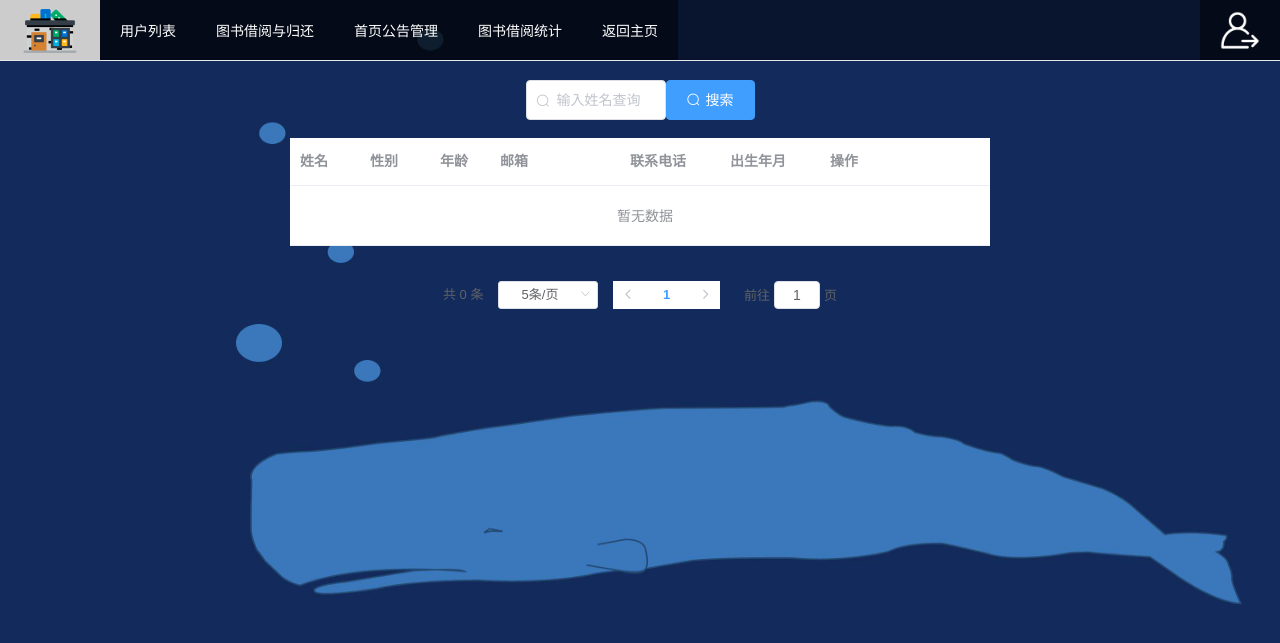
Repository: Akron-xz/helloVue
Page: /#/newissue (app in vue-library/)
These files come from the project's save history. The page is drawn as it stood at one moment and after the next save; the edit follows.
The browser window is 1280 px wide. The pictures show the whole page.
The page's requests for data from a server got no answer. The project was rebuilt for these pictures with package versions that can differ from the ones it lists, and the page was loaded fresh each time. No one was signed in, and anything a server would have sent is missing. Also part of the build but not shown: vue-library/src/components/homeNav.vue, vue-library/src/views/Home.vue.

Above is the page before, as saved 2020-11-25 15:41:00.

### vue-library/src/main.js
import Vue from 'vue'
import App from './App.vue'
import ElementUI from 'element-ui';
import 'element-ui/lib/theme-chalk/index.css';
import axios from "axios"
import router from './router'
import Router from 'vue-router'

const routerPush = Router.prototype.push
Router.prototype.push = function push(location) {
    return routerPush.call(this, location).catch(error => error)
}

Vue.config.productionTip = false
Vue.use(ElementUI);
Vue.prototype.$axios = axios;


new Vue({
    router,
    render: h => h(App)
}).$mount('#app')

### vue-library/src/router/index.js
import Vue from 'vue'
import VueRouter from 'vue-router'
import Home from '../views/Home.vue'


Vue.use(VueRouter)

const routes = [{
        path: '/',
        name: 'Home',
        component: Home
    },
    {
        path: '/about',
        name: 'About',
        // route level code-splitting
        // this generates a separate chunk (about.[hash].js) for this route
        // which is lazy-loaded when the route is visited.
        component: () =>
            import ( /* webpackChunkName: "about" */ '../views/About.vue')
    },
    {
        path: '/admin',
        name: 'Admin',
        // route level code-splitting
        // this generates a separate chunk (about.[hash].js) for this route
        // which is lazy-loaded when the route is visited.
        component: () =>
            import ( /* webpackChunkName: "about" */ '../views/Administrator.vue')
    },
    {
        path: "/userLogin",
        name: "UserLogin",
        component: () =>
            import ('../views/UserLogin.vue')
    },
    {
        path: "/user",
        name: "User",
        component: () =>
            import ( /* webpackChunkName: "about" */ '../views/User.vue')
    },
    {
        path: "/signup",
        name: "SignUp",
        component: () =>
            import ('../views/SignUp.vue')
    },
    {
        path: "/adminmain",
        name: "AdminMain",
        component: () =>
            import ('../views/AdminMain.vue')
    },
    {

        path: "/MyInformation",
        name: "MyInformation",
        component: () =>
            import ('../views/MyInformation.vue')
    },
    {
        path: "/library",
        name: "Library",
        component: () =>
            import ( /* webpackChunkName: "about" */ '../views/Library.vue')

    },
    {
        path: "/modifymsg",
        name: "ModifyMsg",
        component: () =>
            import ('../views/ModifyMsg.vue')
    },
    {
        path: "/borrowhistory",
        name: "BorrowHistory",
        component: () =>
            import ('../views/BorrowHistory.vue')
    },
    {
        path: "/newissue",
        name: "NewIssue",
        component: () =>
            import ('../views/NewIssue.vue')
    },
    {
        path: "/booksearch",
        name: "BookSearch",
        component: () =>
            import ('../views/BookSearch.vue')
    },
    {
        path: "/MyBookshelves",
        name: "MyBookshelves",
        component: () =>
            import ('../views/MyBookshelves.vue')
    },
    {
        path: "/modifyAnnounce",
        name: "ModifyAnnounce",
        component: () =>
            import ('../views/ModifyAnnounce.vue')
    },
    {
        path: "/statistics",
        name: "Statistics",
        component: () =>
            import ('../views/Statistics.vue')
    },


]

const router = new VueRouter({
    routes
})

export default router

### vue-library/src/views/NewIssue.vue
<template>
  <div class="new-issue-container">
    <!-- 导航栏 -->
    <div>
      <navigation></navigation>
    </div>
    <br />
    <!-- 展示简略表格 -->
    <!-- <div class="table-div" v-show="!dispalyInfo"> -->
    <div class="table-div">
      <el-input
        placeholder="输入姓名查询"
        prefix-icon="el-icon-search"
        v-model="searchContent"
        @keyup.enter.native="search"
        style="width: 20%"
      >
      </el-input>
      <el-button
        type="primary"
        icon="el-icon-search"
        @click="search"
        >搜索</el-button
      >
      <br />
      <br />
      <el-table
        :data="
          lists.slice(
            (page.currentPage - 1) * page.pageSize,
            page.currentPage * page.pageSize
          )
        "
        max-height="315"

      >
        <el-table-column prop="name" label="姓名" width="70">
        </el-table-column>
        <el-table-column prop="sexStr" label="性别" width="70">
        </el-table-column>
        <el-table-column prop="age" label="年龄" width="60"> </el-table-column>
        <el-table-column prop="email" label="邮箱" width="130">
        </el-table-column>
         <!-- <el-table-column prop="password" label="密码" width="300">
        </el-table-column> -->
        <el-table-column prop="phone" label="联系电话" width="100">
        </el-table-column>
        <el-table-column prop="birthdayStr" label="出生年月" width="100">
        </el-table-column>
        <el-table-column label="操作" width="180">
          <template slot-scope="scope">
            <el-button type="primary" size="mini" @click="retrieve(scope.row)"
              >查看</el-button
            >
            <el-button type="primary" size="mini" @click="deleteById(scope.row)"
              >注销</el-button
            >
          </template>
        </el-table-column>
      </el-table>
      <br />
      <!-- 分页器 -->
      <div class="block" style="margin-top: 15px">
        <el-pagination
          align="center"
          @size-change="handleSizeChange"
          @current-change="handleCurrentChange"
          :current-page="page.currentPage"
          :page-sizes="[1, 5, 10, 20]"
          :page-size="page.pageSize"
          layout="total, sizes, prev, pager, next, jumper"
          :total="lists.length"
           style="cursor:pointer;"
            title="回车确认"
        >
        </el-pagination>
      </div>
    </div>
    <!-- 个人完整信息（第1种）v-show -->
    <div v-show="false">
      <br />
      <el-button type="primary" icon="el-icon-back" @click="goBack"
        >返回</el-button
      >
      <br />
      <br />
      <el-table :data="userData">
        <el-table-column prop="name" label="姓名" width="80"> </el-table-column>
        <el-table-column prop="sex" label="性别" width="60"> </el-table-column>
        <el-table-column prop="age" label="年龄" width="60"> </el-table-column>
        <el-table-column prop="email" label="邮箱" width="140">
        </el-table-column>
        <el-table-column prop="password" label="密码" width="140">
        </el-table-column>
        <el-table-column prop="birthday" label="出生年月" width="200">
        </el-table-column>
        <el-table-column prop="phone" label="联系电话" width="140">
        </el-table-column>
        <el-table-column prop="address" label="居住地址" width="140">
        </el-table-column>
        <el-table-column prop="introduction" label="个人描述" width="100">
        </el-table-column>
        <el-table-column prop="identity" label="身份" width="100">
        </el-table-column>
      </el-table>
    </div>

    <!-- 个人完整信息（第2种）对话框 -->
    <div>
      <el-dialog title="借阅历史"
        :visible.sync="dispalyInfo"
        :append-to-body="true"
        :modal-append-to-body="false"
        :center="true">
        <el-table :data="borrowHistory">

        <el-table-column prop="book.bookName" label="书名" width="80"> </el-table-column>
        <el-table-column prop="borrowTimeStr" label="借阅时间" width="160"> </el-table-column>
        <el-table-column prop="deadlineStr" label="截止日期" width="160"> </el-table-column>
        <el-table-column prop="validTime" label="有效期" width="80"> </el-table-column>
        <el-table-column prop="returnTimeStr" label="归还时间" width="160"> </el-table-column>
        <el-table-column prop="borrowStatesStr" label="状态" width="80"> </el-table-column>

      </el-table>
      </el-dialog>
    </div>
  </div>
</template>

<script>
import Navigation from "@/components/Nav.vue";

import axios from "axios";

export default {
  name: "newIssue",

  components: {
    Navigation,
  },

  data() {
    return {
      dispalyInfo: false,
      searchContent: "",
      userData: [],
      borrowHistory:[],
      pageSize: 5,
      total: 10,
      tableData: [
        { userId: 1, name: "test1", sex: "1", age: "1", email: "111@qq.com" },
        { userId: 2, name: "test2", sex: "2", age: "2", email: "222@qq.com" },
        { userId: 3, name: "test3", sex: "3", age: "3", email: "333@qq.com" },
      ],

      lists: [],

      page: {
        currentPage: 1, // 当前页码
        total: 20, // 总条数
        pageSize: 5, // 每页的数据条数
      },
    };
  },
  methods: {

    //输入姓名模糊搜索
    search() {
      if (this.searchContent=="") {
        this.$message({
          message: '请输入需要查询的信息。',
          type: 'error'
        });
        return 0;
      }
      let searchContent = this.searchContent;
      axios({
        method: "get",
        url:
          "http://localhost:8081/user/selectUserByVagueName/" + searchContent,
      })
        .then((res) => {
          // 接收数据
          this.lists = res.data;
          console.log(this.lists)

        })
        .catch(function (error) {
          //请求失败
          console.log("error...", error);
        });
    },
    //查看个人信息
    retrieve(row) {
      // console.log(row);
      this.dispalyInfo = !this.dispalyInfo;
      this.userData = [row];
      console.log(this.userData[0].userId);
      axios({
        method:"get",
        url:"http://localhost:8081/user/selectBorrowHistory",
        params:{
          userId:this.userData[0].userId
        }
      }).then(res=>{
          this.borrowHistory=res.data;
          console.log(this.borrowHistory);
      })
    },
    //删除某个用户
    deleteById(row) {
      console.log(row);
      const userId = parseInt(row.userId);
      // const id=row.i
      // axios()
      console.log(userId);
      axios({
        method: "post",
        url: "http://localhost:8081/user/deleteUser/" + userId,
        // data() {
        //   userId : userId
        // },
      }).then(res=>{this.$message({
        message: res.data,

      });})


      this.getLists();
    },
    //返回
    goBack() {
      this.dispalyInfo = !this.dispalyInfo;
    },
    handleSizeChange(val) {
      console.log(`每页 ${val} 条`);
      this.page.currentPage = 1;
      this.page.pageSize = val;
    },
    handleCurrentChange(val) {
      console.log(`当前页: ${val}`);
      this.page.currentPage = val;
    },
    //获取 lists json 数据
    getLists() {
      axios({
        //get方式获取数据
        method: "get",
        //接口地址
        url: "http://localhost:8081/user/selectAllUser",
      })
        .then((res) => {
          //请求数据 res 返回的数据
          console.log(res);

          let list = res.data;
          //列表数据
          this.lists = list;
          //检查数据是否能正常接受1
          // console.log("json", this.lists);
        })
        .catch(function (error) {
          //请求失败
          console.log("error...", error);
        });
    },
  },

  // created() {
  //   this.getLists();
  // },

  mounted() {
    //生命周期钩子函数  挂载完成
    this.getLists();
  },
};
</script>

<style scoped>
.new-issue-container {
  position: fixed;
  left: 0;
  top: 0;
  width: 100%;
  height: 100%;
  background-image: url(/img/divBg/bg34.jpg);
  background-size: 100% 100%;
}

a {
  font-size: 18px;
  text-decoration: none;
}

.table-div {
  width: 700px;
  margin: auto;
  position: absolute;
  top: 80px;
  left: 0;
  right: 0;
  bottom: 0;
}
</style>

### vue-library/src/components/Nav.vue
<template>

     <div class="navigation-bar">
      <el-menu
        class="el-menu-demo"
        mode="horizontal"
        @select="handleSelect"
        background-color="#00000080"
        text-color="#ffffff"
        text-font="15px">

        <el-menu-item @click="toMain">
                <img src="/img/libraryIcon.png" alt="" target="_self" class="libraryIcon">
            </el-menu-item>

        <el-menu-item index="1" @click="toSearchClient">
          <a  target="_self"  >用户列表</a></el-menu-item
        >
        <el-menu-item index="2" @click="toBooks">
          <a  target="_self">图书借阅与归还</a>
        </el-menu-item>

        <el-menu-item index="3" @click="toAnnounce">
          <a  target="_self">首页公告管理</a>
        </el-menu-item>
        <el-menu-item index="4" @click="toStatistics">
          <a  target="_self">图书借阅统计</a></el-menu-item
        >
        <el-menu-item index="5" @click="toHome">
          <a  target="_self">返回主页</a>
        </el-menu-item>

        <el-menu-item index="6" class="exitIcon">
                <img src="/img/logoutIconWhite.png" alt="" target="_self" class="logoutIcon">
        </el-menu-item>

      </el-menu>

    </div>
</template>

<script>
export default {
    name:"Nav",
    data() {
      return {
        activeIndex: '1'
      }
    },
    methods: {
    handleSelect(key, keyPath) {
      console.log(key, keyPath);
    },
    toMain(){
      this.$router.push({path:'/adminmain'});
    },

    toSearchClient(){
      this.$router.push({path:'/newissue'});
    },
    toSearchFile(){
      this.$router.push({path:'/signup'});
    },
    toAnnounce(){
      this.$router.push({path:'/modifyannounce'});
    },
    toBooks(){
      this.$router.push({path:'/booksearch'});
    },
    toStatistics(){
      this.$router.push({path:'/Statistics'});
    },
    toHome(){
      this.$router.push({path:'/'});
    },


  },

}
</script>>

<style scoped>
.libraryIcon{
  height: 60px;
  width: 60px;
}

.exitIcon{
  float: right;
}

.logoutIcon{
  height: 40px;
  width: 40px;
}
</style>>

Loaded but not shown: vue-library/public/index.html (common file); vue-library/src/App.vue (common file)

After the next save:
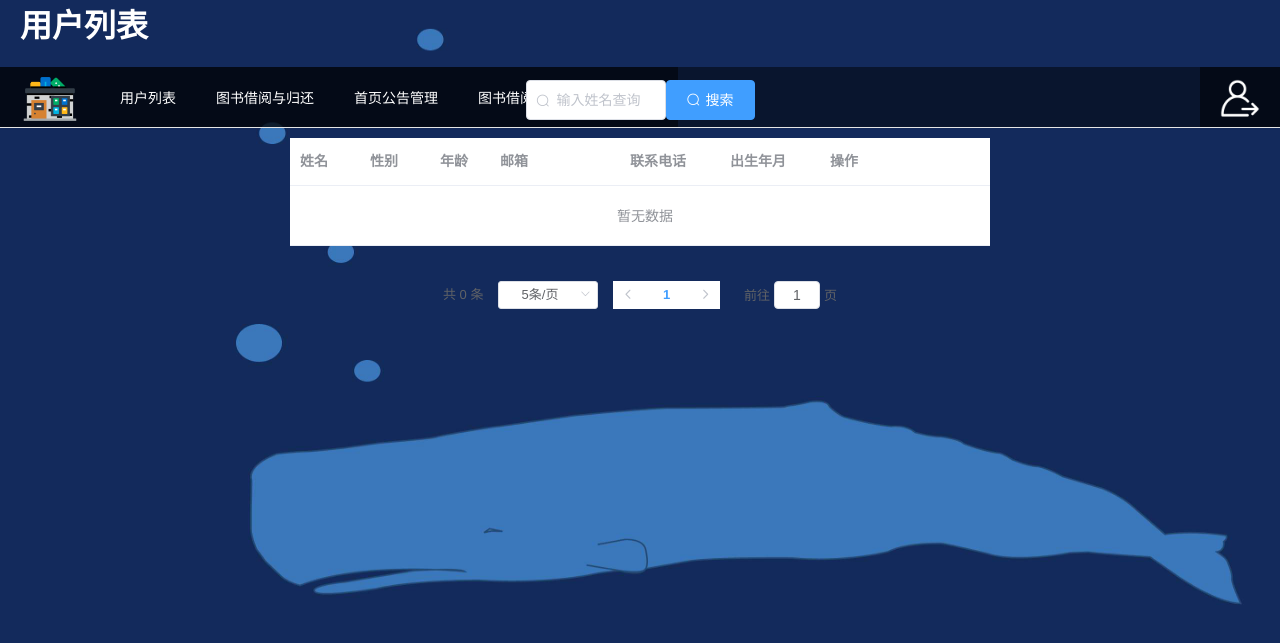
Saved 3 min 45 s later.
--- a/vue-library/src/views/NewIssue.vue
+++ b/vue-library/src/views/NewIssue.vue
@@ -1,5 +1,7 @@
 <template>
   <div class="new-issue-container">
+    <!-- 标题 -->
+    <h1 class="newIssue-title">用户列表</h1>
     <!-- 导航栏 -->
     <div>
       <navigation></navigation>
@@ -302,4 +304,12 @@ a {
   right: 0;
   bottom: 0;
 }
+
+.newIssue-title {
+  margin-top: 0px;
+  margin-left: 20px;
+  text-align: left;
+  font-size: 32px;
+  color: white;
+}
 </style>

After the save that followed:
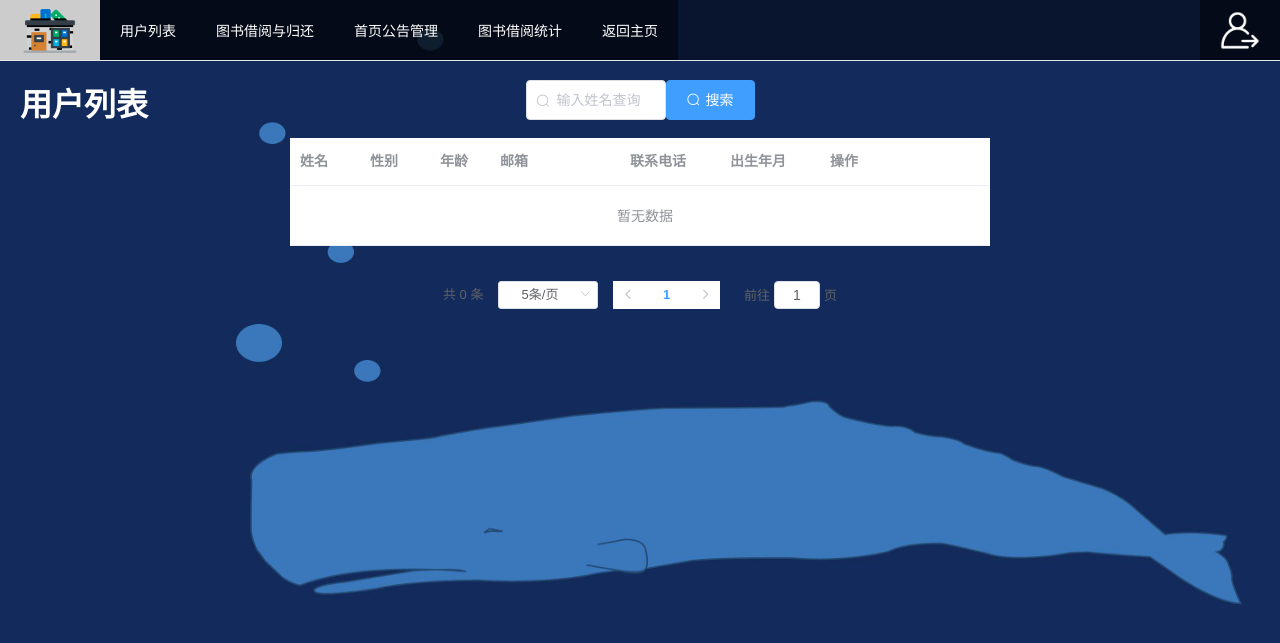
Saved 28 s later.
--- a/vue-library/src/views/NewIssue.vue
+++ b/vue-library/src/views/NewIssue.vue
@@ -1,12 +1,12 @@
 <template>
   <div class="new-issue-container">
-    <!-- 标题 -->
-    <h1 class="newIssue-title">用户列表</h1>
     <!-- 导航栏 -->
     <div>
       <navigation></navigation>
     </div>
     <br />
+    <!-- 标题 -->
+    <h1 class="newIssue-title">用户列表</h1>
     <!-- 展示简略表格 -->
     <!-- <div class="table-div" v-show="!dispalyInfo"> -->
     <div class="table-div">
